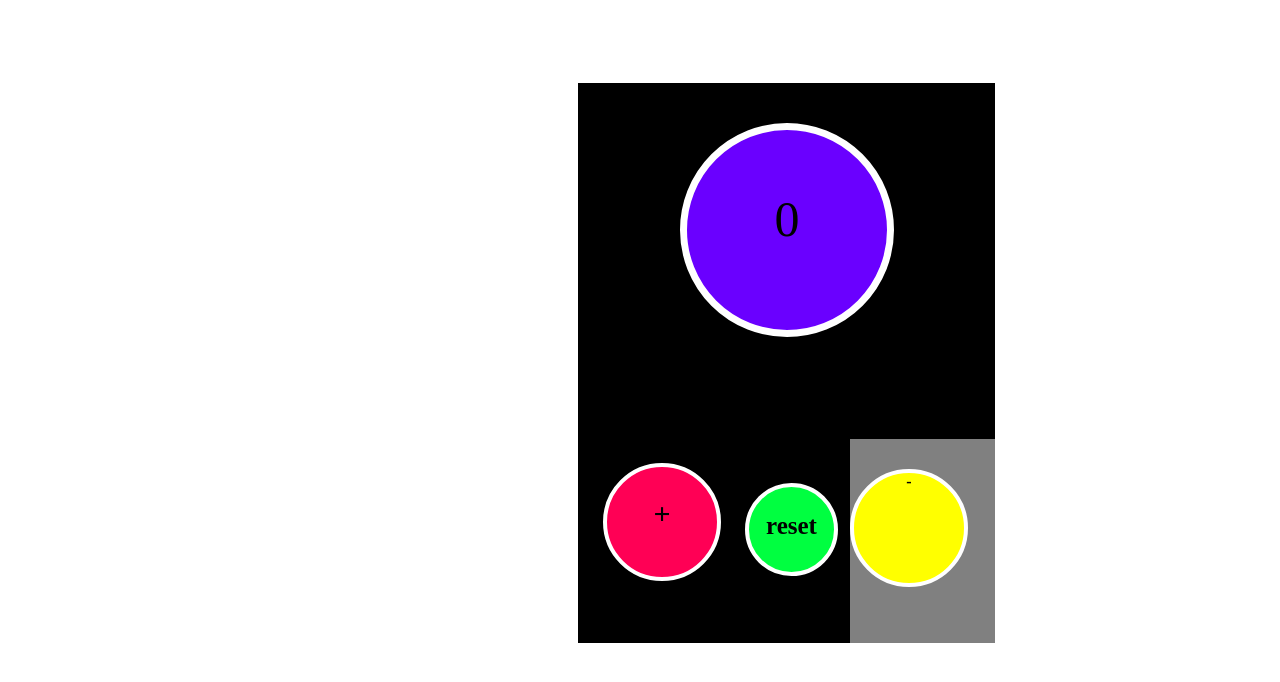
Repository: sara55m/Counter_App
Page: index.html
These files come from the project's save history. The page is drawn as it stood at one moment and after the next save; the edit follows.
The browser window is 1280 px wide. The pictures show the whole page.

Above is the page before, as saved 2024-07-31 18:10:46.

After the next save:
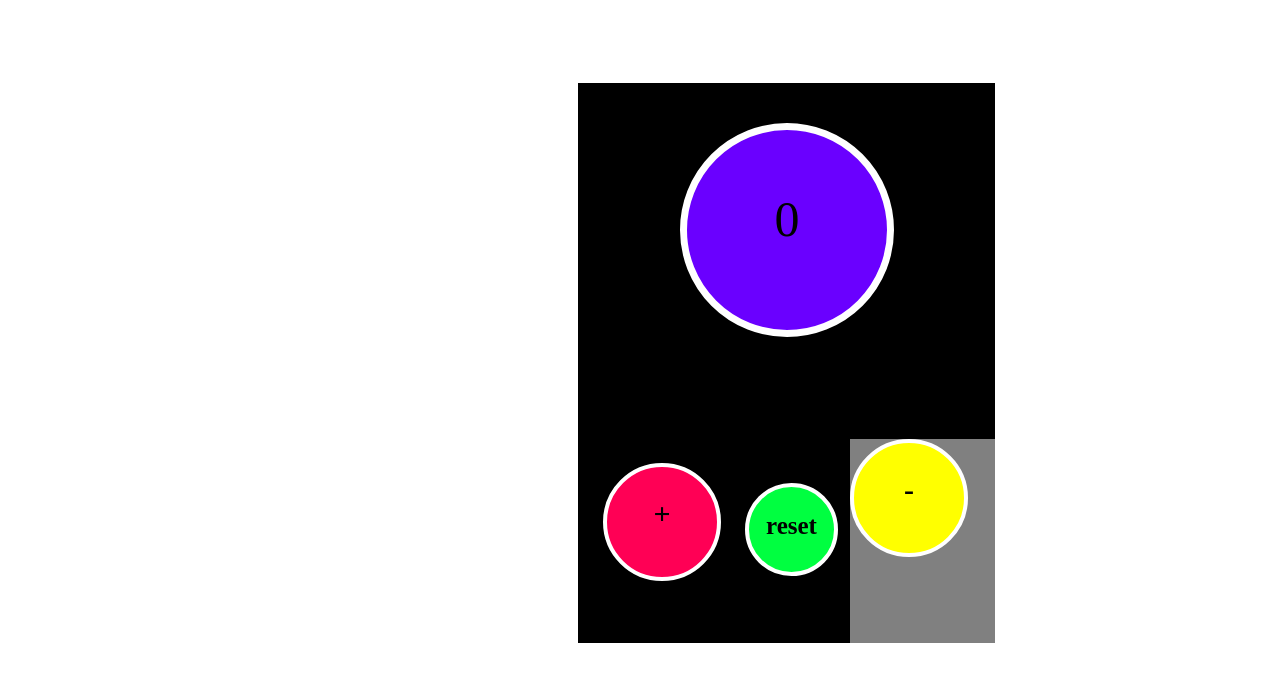
Saved 55 s later.
--- a/index.html
+++ b/index.html
@@ -10,7 +10,7 @@
     <div class="container">
         <div class="main" id="main"><p class="one" id="one"></p></div>
         <div class="increase" id="increase" onclick="increase()"><p class="first">+</p></div>
-        <div class="decrease" id="decrease" onclick="decrease()"><p class="second"><div class="decrease2">-</div></p></div>
+        <div class="decrease" id="decrease" onclick="decrease()"><div class="decrease2"><p class="second">-</p></div></div>
         <div class="reset" onclick="reset_1()"><p class="third">reset</p></div>
     </div>
     <script src="js/script.js"></script>
